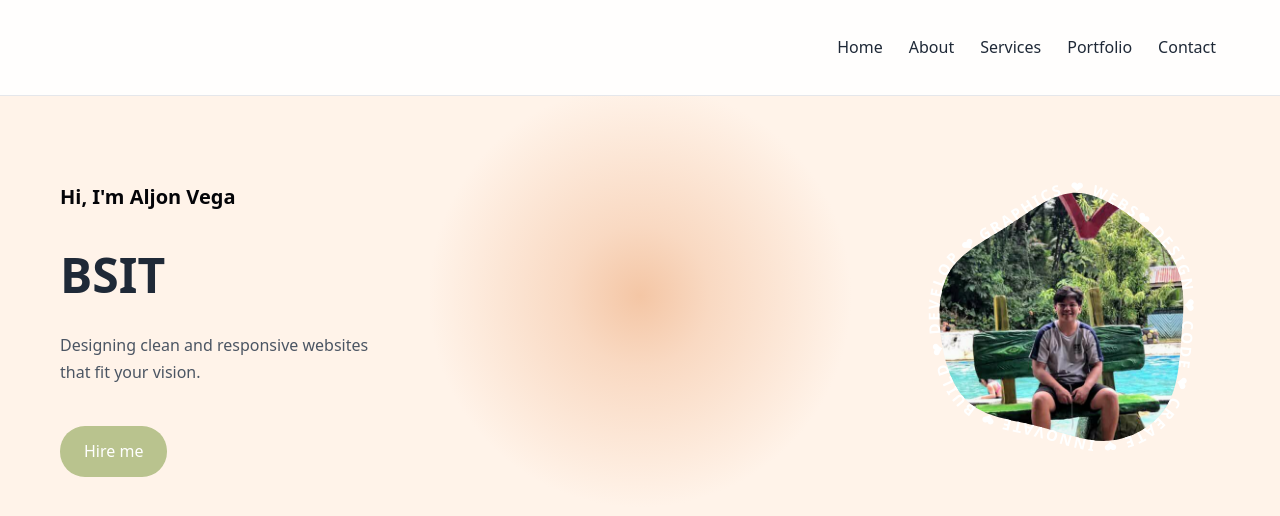
Repository: aljonvega18/Portfolio
Page: index.html
An editor plug-in stored every save of this project. The page is shown before and after the next save, followed by the edit.
The browser window is 1280 px wide. The pictures show the whole page.

Above is the page before, as saved 2026-02-02 17:04:41.

### index.html
<!DOCTYPE html>
<html lang="en">
<head>
    <meta charset="UTF-8">
    <meta name="viewport" content="width=device-width, initial-scale=1.0">
    <title>Aljon Vega | Junior Dev Portfolio</title>
    <link rel="stylesheet" href="style.css">

</head>
<body>

<header>
    <div class="navbar">
        <nav>
            <ul>
                <li><a href="index.html">Home</a></li>
                <li><a href="about.html">About</a></li>
                <li><a href="services.html">Services</a></li>
                <li><a href="portfolio.html">Portfolio</a></li>
                <li><a href="contact.html">Contact</a></li>
            </ul>
        </nav>
    </div>
</header>

<section class="hero">
    <div class="hero-container">
        <div class="hero-content">
            <h3>Hi, I'm Aljon Vega</h3>
            <h1>BSIT</h1>
            <p>Designing clean and responsive websites<br>that fit your vision.</p>
            <a href="contact.html" class="btn">Hire me</a>
            <div class="social-links">
                <a href="#" class="social-icon"><i class="fab fa-facebook-f"></i></a>
                <a href="#" class="social-icon"><i class="fab fa-instagram"></i></a>
                <a href="#" class="social-icon"><i class="fab fa-x-twitter"></i></a>
            </div>
        </div>
        <div class="hero-image">
    <svg viewBox="0 0 200 200" xmlns="http://www.w3.org/2000/svg" aria-labelledby="t" class="blob-svg">

        <defs>
            <clipPath id="blobClip">
                <path d="M43.1,-68.5C56.2,-58.6,67.5,-47.3,72.3,-33.9C77.2,-20.5,75.5,-4.9,74.2,11.3C72.9,27.6,71.9,44.5,63.8,57.2C55.7,69.8,40.6,78.2,25.5,79.2C10.4,80.1,-4.7,73.6,-20.9,69.6C-37.1,65.5,-54.5,63.9,-66,54.8C-77.5,45.8,-83.2,29.3,-85.7,12.3C-88.3,-4.8,-87.7,-22.3,-79.6,-34.8C-71.5,-47.3,-55.8,-54.9,-41.3,-64.2C-26.7,-73.6,-13.4,-84.7,0.8,-86C15,-87.2,29.9,-78.5,43.1,-68.5Z"
                        transform="translate(100 100)"/>
            </clipPath>
        </defs>

        <image
            href="ME.jpg"
            width="200"
            height="200"
            preserveAspectRatio="xMidYMid slice"
            clip-path="url(#blobClip)"
        />

        <path
            id="textPath"
            d="M43.1,-68.5C56.2,-58.6,67.5,-47.3,72.3,-33.9C77.2,-20.5,75.5,-4.9,74.2,11.3C72.9,27.6,71.9,44.5,63.8,57.2C55.7,69.8,40.6,78.2,25.5,79.2C10.4,80.1,-4.7,73.6,-20.9,69.6C-37.1,65.5,-54.5,63.9,-66,54.8C-77.5,45.8,-83.2,29.3,-85.7,12.3C-88.3,-4.8,-87.7,-22.3,-79.6,-34.8C-71.5,-47.3,-55.8,-54.9,-41.3,-64.2C-26.7,-73.6,-13.4,-84.7,0.8,-86C15,-87.2,29.9,-78.5,43.1,-68.5Z"
            transform="translate(100 100)"
            fill="none"
            pathLength="100"
        />

        <text class="text-content">
            <textPath href="#textPath">
                ❤ DESIGN  ❤ CODE ❤ CREATE ❤ INNOVATE ❤ BUILD ❤ DEVELOP ❤ GRAPHICS ❤ WEBSITE ❤ UI/UX ❤ FRONTEND ❤ BACKEND ❤ RESPONSIVE ❤ CLEAN ❤ SIMPLE ❤ SPEED ❤ CLARITY ❤
                <animate attributeName="startOffset" from="0%" to="100%" dur="15s" repeatCount="indefinite"/>
            </textPath>
        </text>

    </svg>
</div>

    </div>
</section>

</body>
</html>

### style.css
html, body {
    margin: 0;
    padding: 0;
    overflow-x: hidden;
}

* {
    box-sizing: border-box;
    font-family: system-ui, Arial, sans-serif;
}

body {
    background: radial-gradient(circle at 50% 50%, #F4C6A5 0%, #F9D9C2 10%, #FFF3E9 30%);
    color: #1f2937;
    line-height: 1.7;
}

/* NAVBAR */
header {
    position: fixed;
    top: 0;
    width: 100%;
    background: rgba(255, 255, 255, 0.9);
    border-bottom: 1px solid #e5e7eb;
    z-index: 1000;
}

.navbar {
    max-width: 1200px;
    margin: auto;
    display: flex;
    align-items: center;
    padding: 18px 24px;
}

.logo {
    height: 42px;
}

nav {
    margin-left: auto;
}

nav ul {
    display: flex;
    list-style: none;
    gap: 26px;
}

nav a {
    text-decoration: none;
    color: #1f2937;
    font-weight: 500;
    position: relative;
    padding-bottom: 4px;
}

nav a::after {
    content: "";
    position: absolute;
    left: 0;
    bottom: 0;
    width: 0;
    height: 2px;
    background: #6366f1;
    transition: width 0.3s ease;
}

nav a:hover::after {
    width: 100%;
}

/* HERO */
.hero {
    padding-top: 140px;
    background: linear-gradient(180deg, #f9fafb, #ffffff);
}

.hero-container {
    max-width: 1200px;
    margin: auto;
    display: flex;
    align-items: center;
    justify-content: space-between;
    gap: 40px;
    padding: 60px 24px;
}

.hero-content h3 {
    color: #040408;
    font-size: 18px;
}

.hero-content h1 {
    font-size: 48px;
    margin: 10px 0;
}

.hero-content p {
    max-width: 500px;
    color: #4b5563;
}

.btn {
    display: inline-block;
    margin-top: 20px;
    background: #6366f1;
    color: white;
    padding: 14px 30px;
    border-radius: 30px;
    text-decoration: none;
}

.btn:hover {
    opacity: 0.9;
}

.social-links {
    margin-top: 18px;
    display: flex;
    gap: 16px;
}

.social-icon {
    font-size: 18px;
    color: #1f2937;
}

/* MAIN */
main {
    max-width: 1100px;
    margin: auto;
    padding: 80px 24px;
}

section {
    margin-bottom: 80px;
}

h2 {
    font-size: 2.4rem;
    margin-bottom: 20px;
}

/* GRID SECTIONS */
.card-grid {
    display: grid;
    grid-template-columns: repeat(auto-fit, minmax(260px, 1fr));
    gap: 24px;
}

.card {
    background: white;
    padding: 28px;
    border-radius: 18px;
    box-shadow: 0 10px 30px rgba(0,0,0,0.05);
}

.card h3 {
    margin-bottom: 10px;
}

/* RESPONSIVE */
@media (max-width: 768px) {
    nav ul {
        gap: 18px;
    }

    main h1 {
        font-size: 2.2rem;
    }
}
.hero {
    padding-top: 120px;
    padding-bottom: 60px;
    background: radial-gradient(circle at 50% 50%, #F4C6A5 0%, #F9D9C2 10%, #FFF3E9 30%);}
.hero-container {
    max-width: 1200px;
    margin: auto; display: flex;
    align-items: center;
    justify-content: space-between;
    gap: 40px;
    padding: 40px 20px; }
.hero-content h3 {
    font-size: 20px;
}
.hero-content h1 {
    font-size: 48px;
    margin: 10px 0;
}
.hero-content p {
    margin-bottom: 20px;
}
.btn {
    display: inline-block;
    background: #b9c38e;
    color: #fff;
    padding: 12px 24px;
    text-decoration: none;
    border-radius: 25px;
}
.btn:hover {
    opacity: 0.9;
}
.social-links {
    margin-top: 15px;
    display: flex;
    gap: 15px;
}
.social-icon {
    color: #222;
    font-size: 18px;
}
.hero-image img {
    width: 320px;
    max-width: 100%;
}

/* RESPONSIVE */
@media (max-width: 768px) {
.hero-container { flex-direction: column-reverse; text-align: center; }
nav ul { gap: 12px; }
.hero-content h1 { font-size: 36px; }
}

.blob-svg {
    width: 100%;
    max-width: 420px;
    aspect-ratio: 1 / 1;
}

.blob-svg:hover #blobClip {
    transform: scale(1.15);
    transform-origin: center;
}

.text-content {
    font: 700 10px/1.2 system-ui, -apple-system, Segoe UI, Roboto, Arial, sans-serif;
    letter-spacing: 1.5px;
    text-transform: uppercase;
    fill: white;
}

.contact-links a {
    display: inline-block;
    margin: 8px 0;
    font-weight: 600;
    text-decoration: none;
}

/* Email */
.email {
    color: #555555;
}
.email:hover {
    color: #000000;
}

/* Facebook */
.facebook {
    color: #1877F2;
}
.facebook:hover {
    color: #145DBF;
}

/* Instagram */
.instagram {
    background: linear-gradient(
        45deg,
        #F58529,
        #DD2A7B,
        #8134AF,
        #515BD4
    );
    -webkit-background-clip: text;
    -webkit-text-fill-color: transparent;
}
.instagram:hover {
    opacity: 0.8;
}

After the next save:
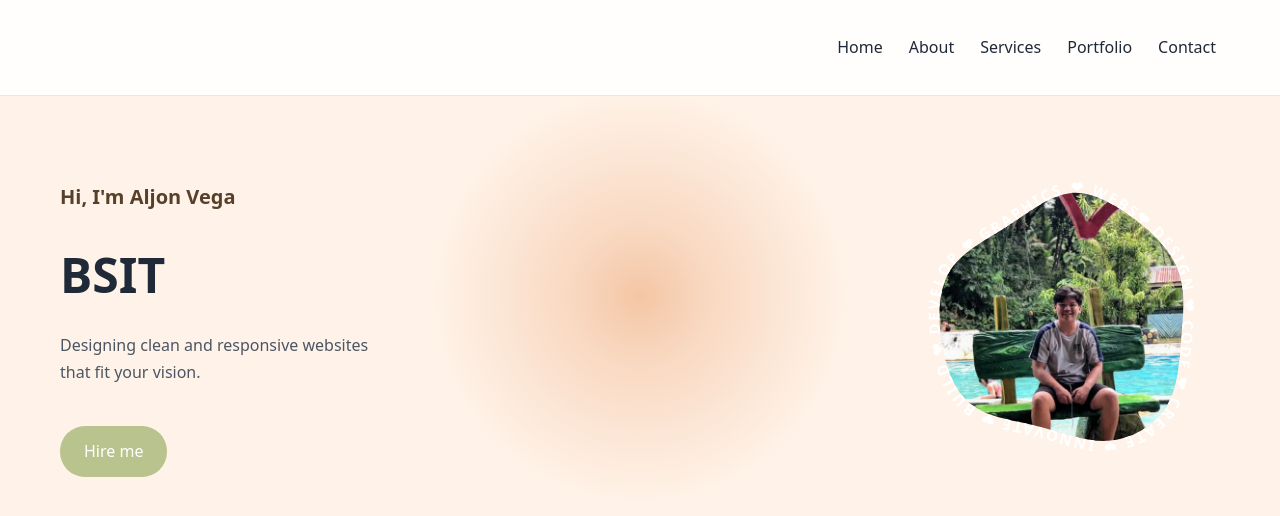
Saved 18 s later.
--- a/style.css
+++ b/style.css
@@ -87,7 +87,7 @@ nav a:hover::after {
 }
 
 .hero-content h3 {
-    color: #040408;
+    color: #574029;
     font-size: 18px;
 }
 
